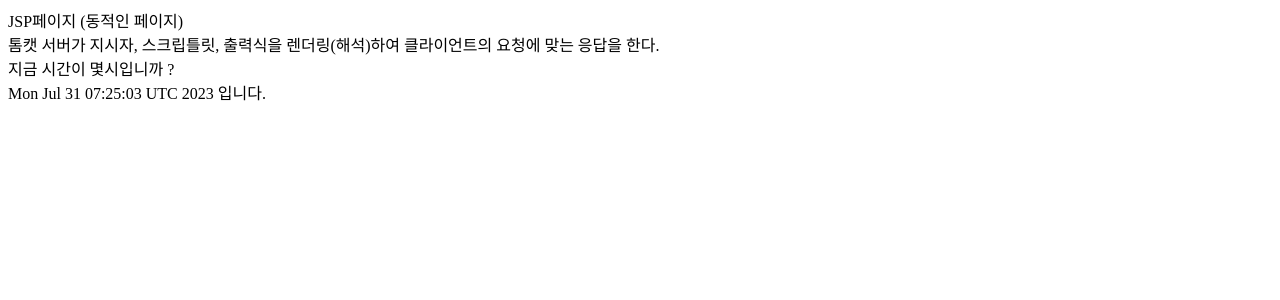
Repository: ainokks071/ServletJSP
Page: http://localhost/WEB/time.jsp
These files come from the project's save history. The page is drawn as it stood at one moment and after the next save; the edit follows.
The browser window is 1280 px wide. The pictures show the whole page.
The page is served by Tomcat 9. Other server files are loaded and not shown.

Above is the page before, as saved 2023-07-31 08:20:33.

### WEB/webapp/time.jsp
<!-- JSP(Java Server Page) = Java코드영역(프로그래밍) + HTML영역(View) -->

<%-- <%@ 지시자 %> --%>
<%@ page language="java" contentType="text/html; charset=UTF-8"
    pageEncoding="UTF-8"%>
<%@ page import="java.util.Date" %>

<%-- <% 스크립틀릿 %> --%>
<% Date d = new Date(); %>


<!DOCTYPE html>
<html>
<head>
<meta charset="UTF-8">
<title>Insert title here</title>
</head>


<body>
JSP페이지 (동적인 페이지)<br>
톰캣 서버가 지시자, 스크립틀릿, 출력식을 렌더링(해석)하여 클라이언트의 요청에 맞는 응답을 한다.<br>
지금 시간이 몇시입니까 ? <br>
<%-- <%= 출력식 %> --%>
<%= d.toString() %> 입니다.

</body>
</html>

After the next save:
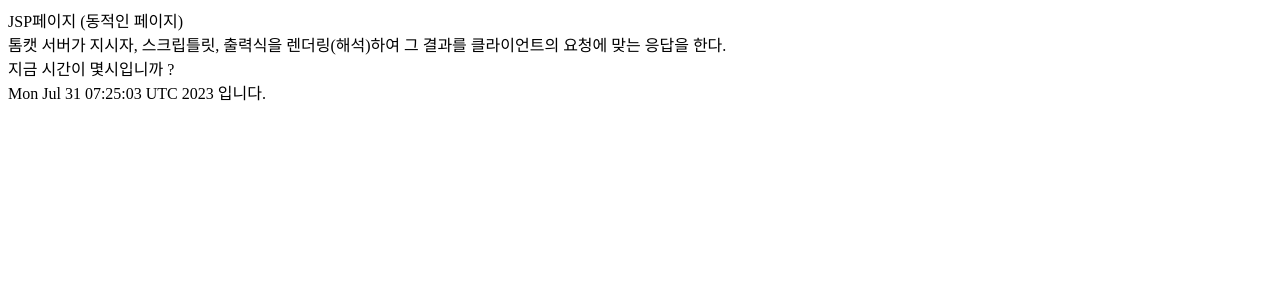
Saved 27 s later.
--- a/WEB/webapp/time.jsp
+++ b/WEB/webapp/time.jsp
@@ -19,7 +19,7 @@
 
 <body>
 JSP페이지 (동적인 페이지)<br>
-톰캣 서버가 지시자, 스크립틀릿, 출력식을 렌더링(해석)하여 클라이언트의 요청에 맞는 응답을 한다.<br>
+톰캣 서버가 지시자, 스크립틀릿, 출력식을 렌더링(해석)하여 그 결과를 클라이언트의 요청에 맞는 응답을 한다.<br>
 지금 시간이 몇시입니까 ? <br>
 <%-- <%= 출력식 %> --%>
 <%= d.toString() %> 입니다.
